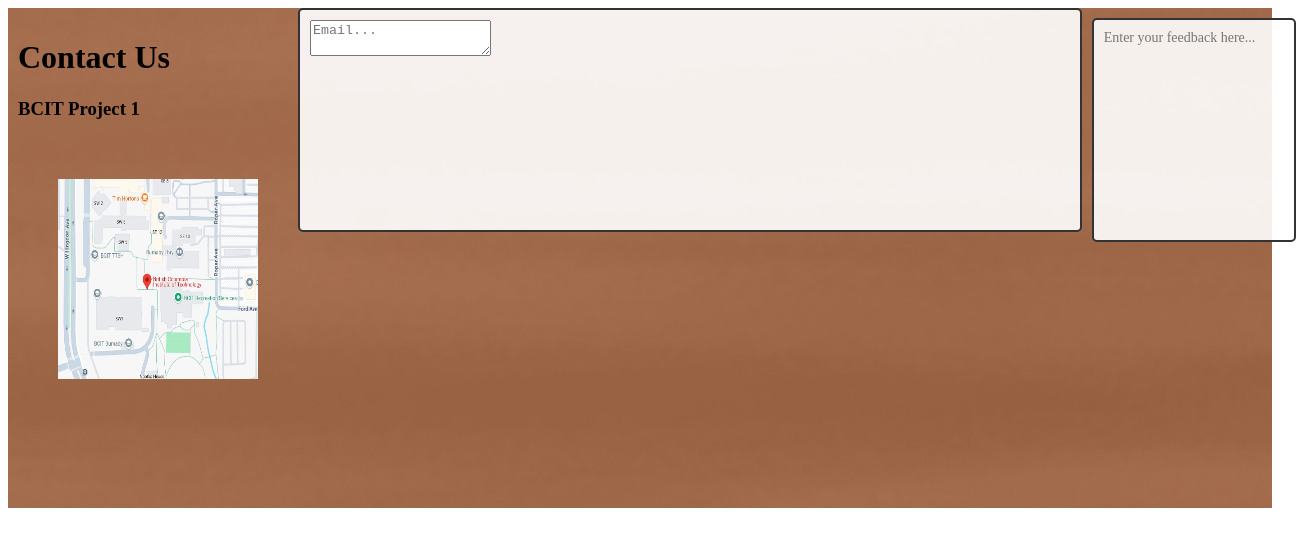
Repository: AlyssaHug/Bandit-Breakout
Page: index.html
An editor plug-in stored every save of this project. The page is shown before and after the next save, followed by the edit.
The browser window is 1280 px wide. The page is 1296 px wide, then 1280 px, so the pictures cover 1296 px, including what lies to the right of the window. The pictures show the whole page.
Some web fonts or font styles are not loaded; a fallback is used.

Above is the page before, as saved 2025-05-06 23:05:40.

### index.html
<!DOCTYPE html>
<html lang="en">
    <head>
        <meta charset="UTF-8" />
        <meta
            name="viewport"
            content="width=device-width, initial-scale=1.0" />
        <link
            rel="stylesheet"
            href="styles.css" />
        <title>Bandit Breakout</title>
    </head>
    <body>
        <header></header>
        <main>
            <div class="download-now"></div>
            <div class="Contact-us-apps"></div>
        </main>
        <footer>
            <div class="Contact-us">
                <h1>Contact Us</h1>
                <h3>BCIT Project 1</h3>
                <img
                    class="bcit-map"
                    src="img/BCIT.png"
                    alt="BCIT Map" />
            </div>
            <div class="feedback-email">
                <textarea
                    class="email-text"
                    placeholder="Email..."></textarea>
            </div>
            <div class="feedback">
                <textarea
                    class="feedback-text"
                    placeholder="Enter your feedback here..."
                    rows="5"
                    cols="40"></textarea>
            </div>
        </footer>
    </body>
</html>

### styles.css
@import url("https://fonts.googleapis.com/css2?family=Wellfleet&display=swap");

@font-face {
    font-family: "Western Bang Bang";
    src: url("fonts/WesternBangBang.ttf") format("truetype");
    font-weight: normal;
    font-style: normal;
}

:root {
    /* Font Families */
    --font-western: "Western Bang Bang", sans-serif;
    --font-wellfleet: "Wellfleet", serif;

    /* Font Sizes */
    --font-size-h1: 48px;
    --font-size-h2: 36px;
    --font-size-h3: 32px;
    --font-size-h4: 24px;
    --font-size-body: 14px;
    --font-size-caption: 11px;
}
.bcit-map {
    width: 200px;
    height: 200px;
    padding: 40px;
}
.Contact-us {
    padding: 10px 0 0 10px;
}
footer {
    background-image: url("img/board.png");
    background-size: 200% auto;
    background-repeat: no-repeat;
    background-position: center;
    min-height: 500px;
    height: 500px;
    width: 100%;
    margin: 0;
    padding: 0;
    display: flex;
}
.feedback {
    padding: 10px 0 0 10px;
    width: 300px;
    height: 100px;
}

.feedback-text {
    width: 100%;
    height: 200px;
    padding: 10px;
    border: 2px solid #333;
    border-radius: 5px;
    font-family: var(--font-wellfleet);
    font-size: var(--font-size-body);
    resize: none;
    background-color: rgba(255, 255, 255, 0.9);
}
.feedback-email {
    width: 100%;
    height: 200px;
    padding: 10px;
    border: 2px solid #333;
    border-radius: 5px;
    font-family: var(--font-wellfleet);
    font-size: var(--font-size-body);
    resize: none;
    background-color: rgba(255, 255, 255, 0.9);
}

After the next save:
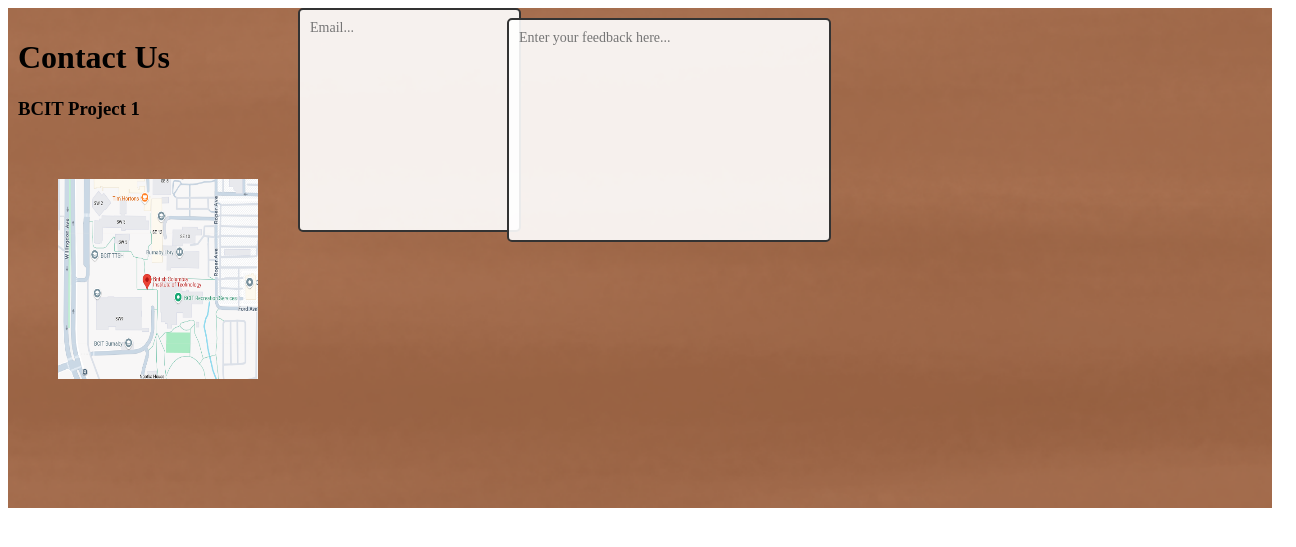
Saved 19 s later.
--- a/styles.css
+++ b/styles.css
@@ -57,7 +57,7 @@ footer {
     resize: none;
     background-color: rgba(255, 255, 255, 0.9);
 }
-.feedback-email {
+.email-text {
     width: 100%;
     height: 200px;
     padding: 10px;
